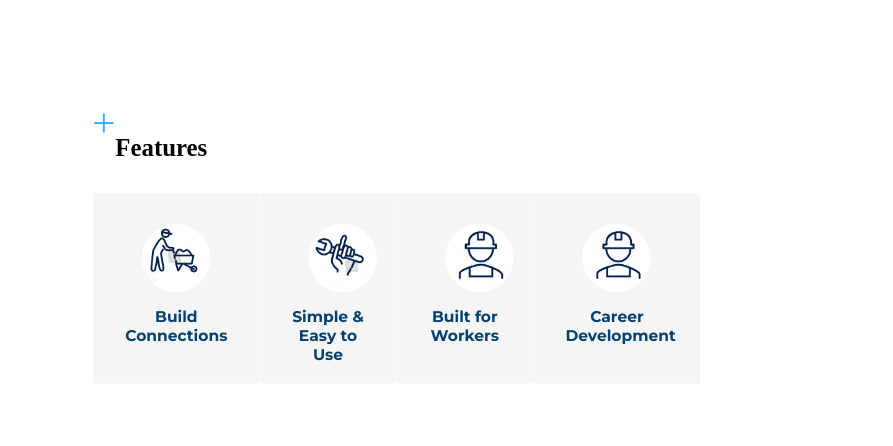
Repository: shekharyadav638/OSL_Assignment_1
Page: index.html
An editor plug-in stored every save of this project. The page is shown before and after the next save, followed by the edit.
The browser window is 1280 px wide. The page is 1280 px wide, then 1440 px, so the pictures cover 1440 px, including what lies to the right of the window. The pictures show the whole page, at 62% of full size.
The style sheet was rebuilt from its Sass, Less or Tailwind sources for each picture, by a compiler version that may differ from the author's.

Above is the page before, as saved 2024-07-14 09:21:29.

### index.html
<!DOCTYPE html PUBLIC "-//W3C//DTD HTML 4.01 Transitional//EN" "http://www.w3.org/TR/html4/loose.dtd">
<html>
  <head>
    <meta http-equiv="Content-Type" content="text/html; charset=ISO-8859-1" />
    <title>Assignment 1</title>
    <link rel="stylesheet" href="style.css" />
    <link rel="preconnect" href="https://fonts.googleapis.com" />
    <link rel="preconnect" href="https://fonts.gstatic.com" crossorigin />
    <link
      href="https://fonts.googleapis.com/css2?family=Montserrat:ital,wght@0,100..900;1,100..900&display=swap"
      rel="stylesheet"
    />
  </head>
  <body>
    <!-- <header>
      <div class="header">
        <div class="header_left">
          <div class="header_left_logo"></div>
          <span class="header_left_title">Thinkin Blue</span>
        </div>
        <div class="header_right">
          <ul class="header_right_list">
            <li class="header_right_list_item">
              <a href="#">Home</a>
            </li>
            <li class="header_right_list_item"><a href="#">About Us</a></li>
            <li class="header_right_list_item"><a href="#">Work</a></li>
            <li class="header_right_list_item">
              <a href="#">ThinkinBlue Business</a>
            </li>
          </ul>
          <button class="header_right_btn">Login</button>
        </div>
      </div>
    </header>
    <section class="banner">
      <div class="banner_left">
       <p class="banner_left_text">The career network <br> for workers</p>
       <div class="banner_left_input">
        <input type="text" placeholder="Search Better Opportunites" class="banner_left_input_box"></input>
        <img src="img/location.svg" alt="location-icon" class="banner_left_input_icon">
       </div>
       <div class="banner_left_categories">
        <hr>
        <div class="banner_left_categories_title">100+ Job Opportunities</div>
        <div class="banner_left_categories_list">
          <div class="banner_left_categories_list_above">
            <div class="banner_left_categories_list_above_item"> Precision Production</div>
            <div class="banner_left_categories_list_above_item"> Helpers</div>
            <div class="banner_left_categories_list_above_item"> Front-line Supervisors</div>
            <div class="banner_left_categories_list_above_item"> Machine operators & Supervisors</div>
          </div>
          <div class="banner_left_categories_list_below">
            <div class="banner_left_categories_list_below_item"> Machine operators</div>
            <div class="banner_left_categories_list_below_item"> Handlers</div>
            <div class="banner_left_categories_list_below_item"> Transportation & moving occupations</div>
            <div class="banner_left_categories_list_below_item"> See all</div>
          </div>
        </div>
        <div >
          <button class="banner_left_categories_button">Join ThinkinBlue</button>
        </div>
       </div>
      </div>
      <div class="banner_right">
        <img src="img/banner_right.png" alt="banner_right" class="banner_right_img"></img>
      </div>
    </section> -->
    <!-- <section class="hiring">
      <div class="hiring_top">
        <div class="hiring_top_icon">
          <img src="img/plus_icon.svg" alt="plus_icon" />
        </div>
        <div class="hiring_top_heading">From the Community</div>
      </div>
      <div class="hiring_body">
        <div class="hiring_body_img">
          <img src="img/hiring.jpeg" alt="hiring" />
        </div>
        <div class="hiring_body_img">
          <img src="img/hiring.jpeg" alt="hiring" />
        </div>
        <div class="hiring_body_img">
          <img src="img/hiring.jpeg" alt="hiring" />
        </div>
        <div class="hiring_body_img">
          <img src="img/hiring.jpeg" alt="hiring" />
        </div>
      </div>
      <div class="hiring_footer">
        <div class="hiring_footer_slide">
          <div class="hiring_footer_slide_1"></div>
          <div class="hiring_footer_slide_2"></div>
          <div class="hiring_footer_slide_2"></div>
          <div class="hiring_footer_slide_2"></div>
        </div>
        <div class="hiring_footer_btn">
          <button>
            <div class="hiring_footer_btn_text">See more</div>
            <div class="hiring_footer_btn_icon">
              <img src="img/right_arrow.svg" alt="arrow" />
            </div>
          </button>
        </div>
      </div>
    </section> -->
    <section class="features">
      <div class="features_top">
        <div class="features_top_icon">
          <img src="img/plus_icon.svg" alt="plus_icon" />
        </div>
        <div class="features_top_heading">Features</div>
      </div>
      <div class="features_body">
        <div class="features_body_1">
          <div class="features_body_img">
            <img src="img/feature_1.png" alt="feature" />
          </div>
          <div class="features_body_text">Build Connections</div>
        </div>
        <div class="features_body_1">
          <div class="features_body_img">
            <img src="img/feature_2.png" alt="feature" />
          </div>
          <div class="features_body_text">Simple & Easy to Use</div>
        </div>
        <div class="features_body_1">
          <div class="features_body_img">
            <img src="img/feature_3.png" alt="feature" />
          </div>
          <div class="features_body_text">Built for Workers</div>
        </div>
        <div class="features_body_1">
          <div class="features_body_img">
            <img src="img/feature_4.png" alt="feature" />
          </div>
          <div class="features_body_text">Career Development</div>
        </div>
      </div>
    </section>
  </body>
</html>

### style.scss
* {
  margin: 0;
  padding: 0;
}
.body {
  width: 1440px;
  opacity: 1;
  overflow-x: hidden;
}

@import "header";
@import "banner";
@import "hiring";
@import "features";

### header.scss
.header {
  background: transparent;
  position: fixed;
  display: flex;
  align-content: center;
  width: 1140px;
  height: 86px;
  opacity: 1;
  margin: 16px 150px;
  &_left {
    align-items: center;
    display: flex;
    opacity: 1;

    &_logo {
      width: 52px;
      height: 52px;
      background: #ffffff 0% 0% no-repeat padding-box;
      opacity: 1;
    }

    &_title {
      padding-left: 5px;
      text-align: left;
      font: normal normal bold 21px/28px Segoe UI;
      width: 113px;
      height: 28px;
      letter-spacing: 0px;
      color: #150303;
      opacity: 1;
    }
  }

  &_right {
    margin-left: 261px;
    align-items: center;
    display: flex;
    gap: 66px;
    &_list {
      list-style: none;
      display: flex;
      gap: 76px;
      align-items: center;

      &_item {
        text-align: left;
        font: normal normal normal 14px/11px Montserrat;
        letter-spacing: 0px;
        padding: 17px 0;
        color: #ffffff;
        opacity: 1;
      }
    }
    &_btn {
      background: #ffc832 0% 0% no-repeat padding-box;
      border-radius: 4px;
      opacity: 1;
      padding: 8px 33px;
      text-align: left;
      font: normal normal 600 18px Montserrat;
      letter-spacing: 0px;
      color: #05416e;
      opacity: 1;
    }
  }
}

.banner {
  &_img {
    width: 100%;
    height: 100%;
    background-position: center;
  }
}

### _banner.scss
.banner {
  background-image: url(img/banner.png);
  width: 100%;
  height: 100vh;
  background-size: cover;
  background-position: center;
  background-repeat: no-repeat;
  display: flex;

  &_left {
    margin-top: 156px;
    margin-bottom: 80px;
    margin-left: 150px;
    &_text {
      text-align: left;
      font: normal normal bold 80px/80px Adobe Caslon Pro;
      letter-spacing: 0.8px;
      color: #ffffff;
      opacity: 1;
    }

    &_input {
      display: flex;
      align-items: center;
      margin-top: 60px;
      width: 756px;
      height: 74px;
      background: #37b5d8 0% 0% no-repeat padding-box;
      box-shadow: 0px 10px 20px #07668b;
      border-radius: 6px;

      ::placeholder {
        font: italic normal normal 28px/36px Montserrat;
        letter-spacing: 0px;
        color: #ebebeb;
        opacity: 1;
        padding-top: 13px;
        padding-bottom: 13px;
        align-content: center;
        padding-left: 24px;
      }

      &_box {
        background: #ffffff 0% 0% no-repeat padding-box;
        border-radius: 4px;
        margin-left: 8px;
        border: none;
        opacity: 1;
        width: 669px;
        height: 60px;
      }
    }

    &_categories {
      width: 717px;
      height: 112px;
      & hr {
        margin-top: 30px;
        margin-bottom: 40px;
        color: #37b5d8;
        width: 756px;
      }
      &_title {
        width: 250px;
        height: 22px;
        text-align: left;
        font: normal normal bold 18px/24px Montserrat;
        letter-spacing: 0px;
        color: #ffffff;
        opacity: 1;
      }

      &_list {
        margin-top: 15px;
        margin-right: 73px;
        &_above {
          display: flex;
          justify-content: space-between;
          &_item {
            background: #32aaff 0% 0% no-repeat padding-box;
            border: 1px solid #ffffff;
            border-radius: 20px;
            opacity: 0.8;
            height: 15 px;
            padding-left: 14px;
            padding-right: 14px;
            padding-top: 7px;
            padding-bottom: 8px;
            text-align: left;
            font: italic normal normal 12px/24px Montserrat;
            letter-spacing: 0px;
            color: #ffffff;
            opacity: 1;
          }
        }
        &_below {
          margin-top: 15px;
          margin-right: 64px;
          display: flex;
          justify-content: space-between;
          &_item {
            background: #32aaff 0% 0% no-repeat padding-box;
            border: 1px solid #ffffff;
            border-radius: 20px;
            opacity: 0.8;
            height: 15 px;
            padding-left: 14px;
            padding-right: 14px;
            padding-top: 7px;
            padding-bottom: 8px;
            text-align: left;
            font: italic normal normal 12px/24px Montserrat;
            letter-spacing: 0px;
            color: #ffffff;
            opacity: 1;
          }
        }
      }

      &_button {
        margin-top: 40px;
        width: 180px;
        height: 45px;
        background: #ffc832 0% 0% no-repeat padding-box;
        border: none;
        padding: 13px 21px;
        opacity: 1;
        font: normal normal 600 15px/15px Montserrat;
        letter-spacing: 0px;
        color: #05416e;
        opacity: 1;
      }
    }
  }

  &_right {
    &_img {
      position: absolute;
      top: 0;
      left: 650px;
      margin-top: 140px;
    }
  }
}

### _hiring.scss
.hiring {
  margin: 180px 150px;
  margin-bottom: 0;

  &_top {
    display: flex;
    flex-direction: column;
    width: 411px;
    margin-bottom: 60px;
    &_icon {
      width: 36px;
      height: 36px;
    }

    &_heading {
      margin-left: 36px;
      width: 375px;
      height: 40px;
      font: normal normal bold 40px/54px Adobe Caslon Pro;
      letter-spacing: 0px;
      color: #000000;
      opacity: 1;
    }
  }

  &_body {
    display: flex;
    justify-content: space-between;
    &_img {
      & img {
        width: 276px;
        height: 308px;
        border-radius: 4px;
        opacity: 1;
      }
    }
  }

  &_footer {
    margin-top: 60px;

    &_slide {
      display: flex;
      width: 180px;
      height: 10px;
      justify-content: space-between;
      margin-left: 480px;
      &_1 {
        width: 32px;
        height: 6px;
        background: #32aaff 0% 0% no-repeat padding-box;
        border-radius: 2px;
        opacity: 1;
      }
      &_2 {
        width: 32px;
        height: 6px;
        background: #05416e 0% 0% no-repeat padding-box;
        border-radius: 2px;
        opacity: 1;
      }
    }

    &_btn {
      margin-top: 20px;
      display: flex;
      align-items: center;
      justify-content: center;

      & button {
        width: 159px;
        height: 40px;
        background: #ffffff 0% 0% no-repeat padding-box;
        border: 1px solid #05416e;
        border-radius: 4px;
        opacity: 1;
        padding-left: 20px;
        padding-right: 20px;
        padding-top: 8.47px;
        display: flex;
        justify-content: space-between;
      }
      &_text {
        width: 88px;
        height: 22px;
        font: normal normal 600 18px/17px Montserrat;
        letter-spacing: 0px;
        color: #05416e;
      }
      &_icon {
        width: 16px;
        height: 16px;
      }
    }
  }
}

### _features.scss
.features {
  margin: 180px 150px;
  margin-bottom: 0;

  &_top {
    display: flex;
    flex-direction: column;
    width: 411px;
    margin-bottom: 60px;
    &_icon {
      width: 31px;
      height: 31px;
    }

    &_heading {
      margin-left: 36px;
      width: 144px;
      height: 40px;
      font: normal normal bold 40px/54px Adobe Caslon Pro;
      letter-spacing: 0px;
      color: #000000;
      opacity: 1;
    }
  }

  &_body {
    display: flex;
    justify-content: space-between;

    &_1 {
      width: 270px;
      height: 308px;
      background: #f5f5f5 0% 0% no-repeat padding-box;
      border-radius: 4px;
      opacity: 1;
    }

    &_img {
      margin-top: 50px;
      width: 110px;
      height: 110px;
      margin-left: 79px;
    }

    &_text {
      margin-top: 25px;
      text-align: center;
      font: normal normal bold 25px/30px Montserrat;
      letter-spacing: 0px;
      color: #05416e;
      opacity: 1;
      padding: 0px 52px;
    }
  }
}

After the next save:
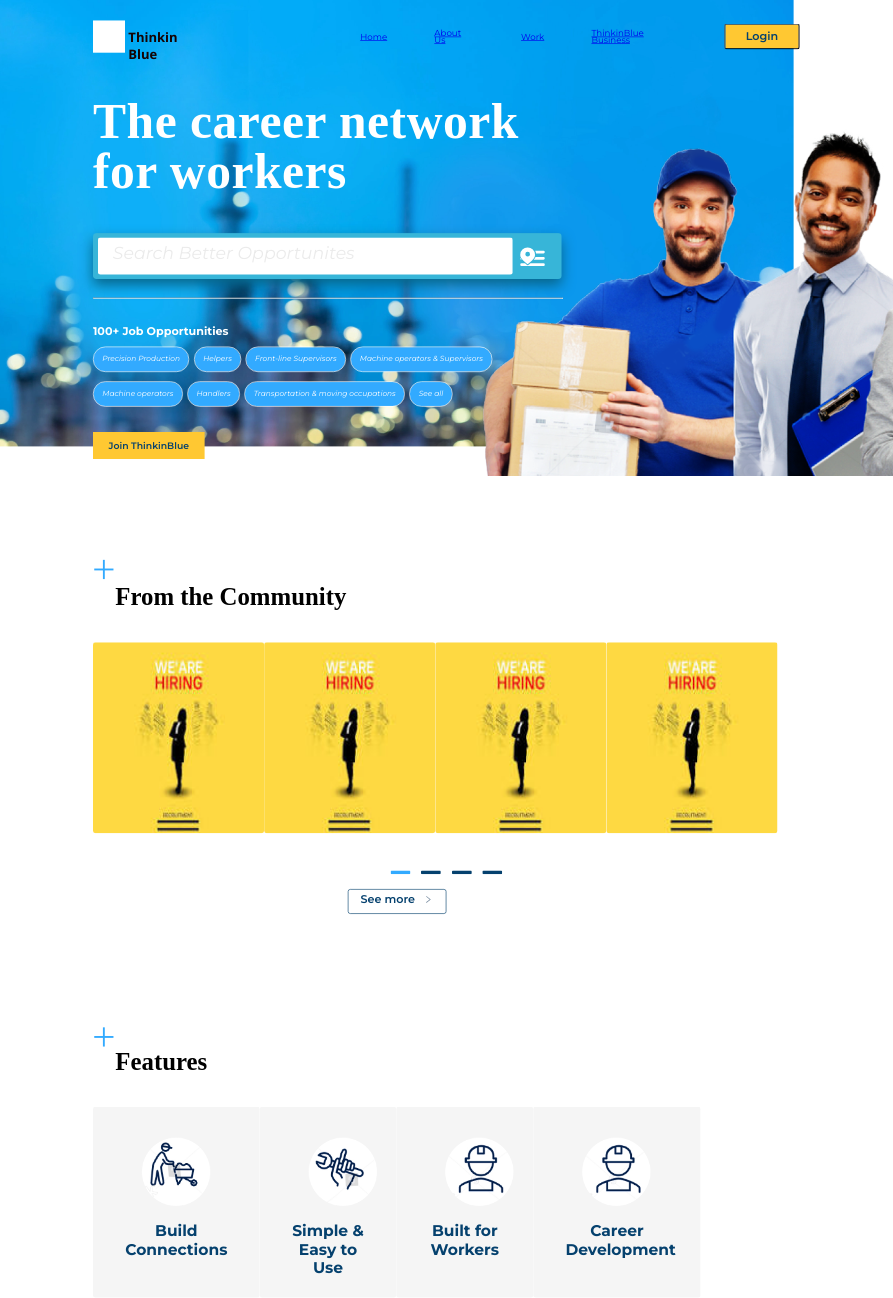
Saved 12 min 53 s later.
--- a/index.html
+++ b/index.html
@@ -12,7 +12,7 @@
     />
   </head>
   <body>
-    <!-- <header>
+    <header>
       <div class="header">
         <div class="header_left">
           <div class="header_left_logo"></div>
@@ -65,8 +65,8 @@
       <div class="banner_right">
         <img src="img/banner_right.png" alt="banner_right" class="banner_right_img"></img>
       </div>
-    </section> -->
-    <!-- <section class="hiring">
+    </section>
+    <section class="hiring">
       <div class="hiring_top">
         <div class="hiring_top_icon">
           <img src="img/plus_icon.svg" alt="plus_icon" />
@@ -103,7 +103,7 @@
           </button>
         </div>
       </div>
-    </section> -->
+    </section>
     <section class="features">
       <div class="features_top">
         <div class="features_top_icon">
